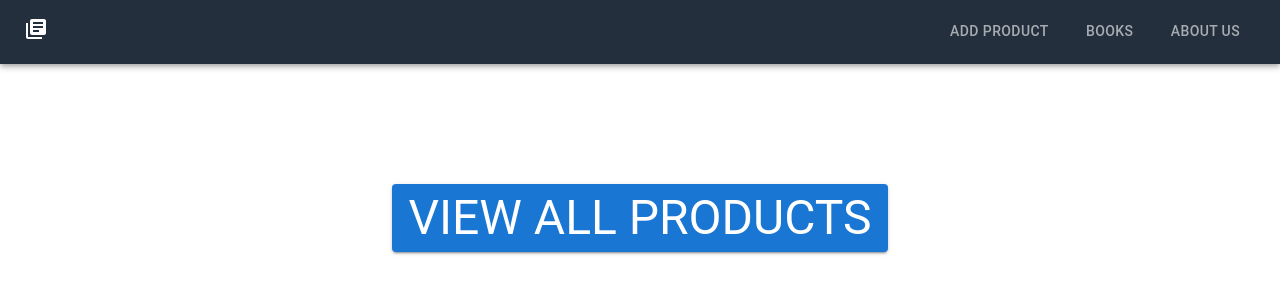
Repository: CydexCode/Book_Store_App-MERN-Stack
Page: / (app in book-store/)
An editor plug-in stored every save of this project. The page is shown before and after the next save, followed by the edit.
The browser window is 1280 px wide. The pictures show the whole page.
The project was rebuilt for these pictures with package versions that can differ from the ones it lists, and the page was loaded fresh each time. Also part of the build but not shown: book-store/src/components/AddBook.js, book-store/src/components/Book/Book.css, book-store/src/components/Book/Book.js, book-store/src/components/Book/Books.js, book-store/src/components/About.js, book-store/src/components/Book/BookDetail.js.

Above is the page before, as saved 2022-09-09 03:05:41.

After the next save:
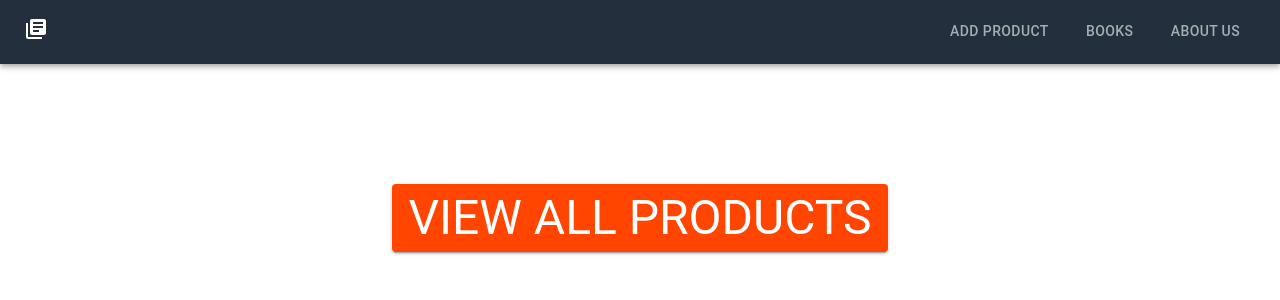
Saved 72 s later.
--- a/book-store/src/components/Home.js
+++ b/book-store/src/components/Home.js
@@ -6,7 +6,7 @@ const Home = () => {
   return (
     <div>
       <Box display="flex" flexDirection="column" alignItems="center" >
-        <Button LinkComponent={Link} to="/books" sx={{marginTop: 15 }} variant="contained">
+        <Button LinkComponent={Link} to="/books" sx={{marginTop: 15, background:'orangered' }} variant="contained">
             <Typography variant='h3'>View All Products</Typography>
         </Button>
 
